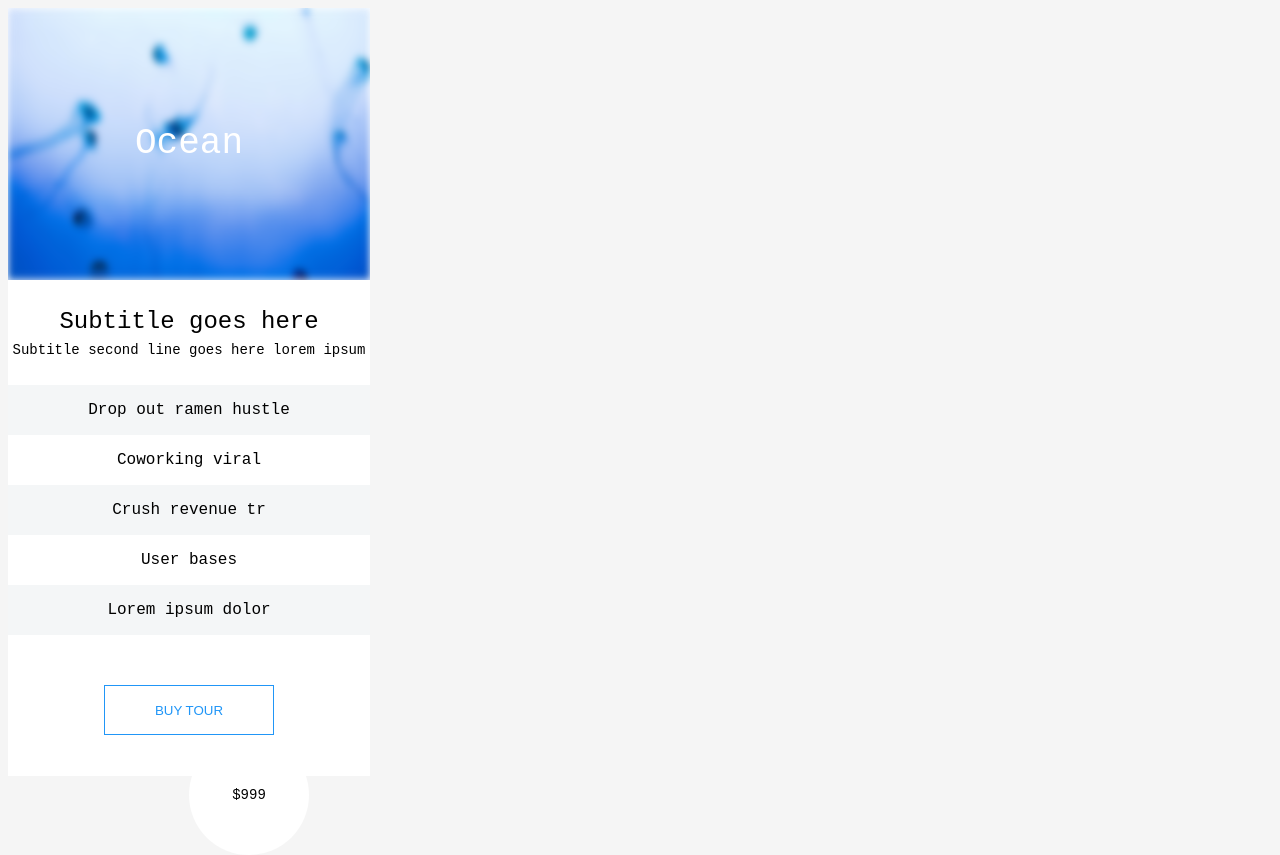
Repository: HoanTiny/pricetable
Page: index.html
An editor plug-in stored every save of this project. The page is shown before and after the next save, followed by the edit.
The browser window is 1280 px wide. The pictures show the whole page.

Above is the page before, as saved 2022-07-04 10:27:41.

After the next save:
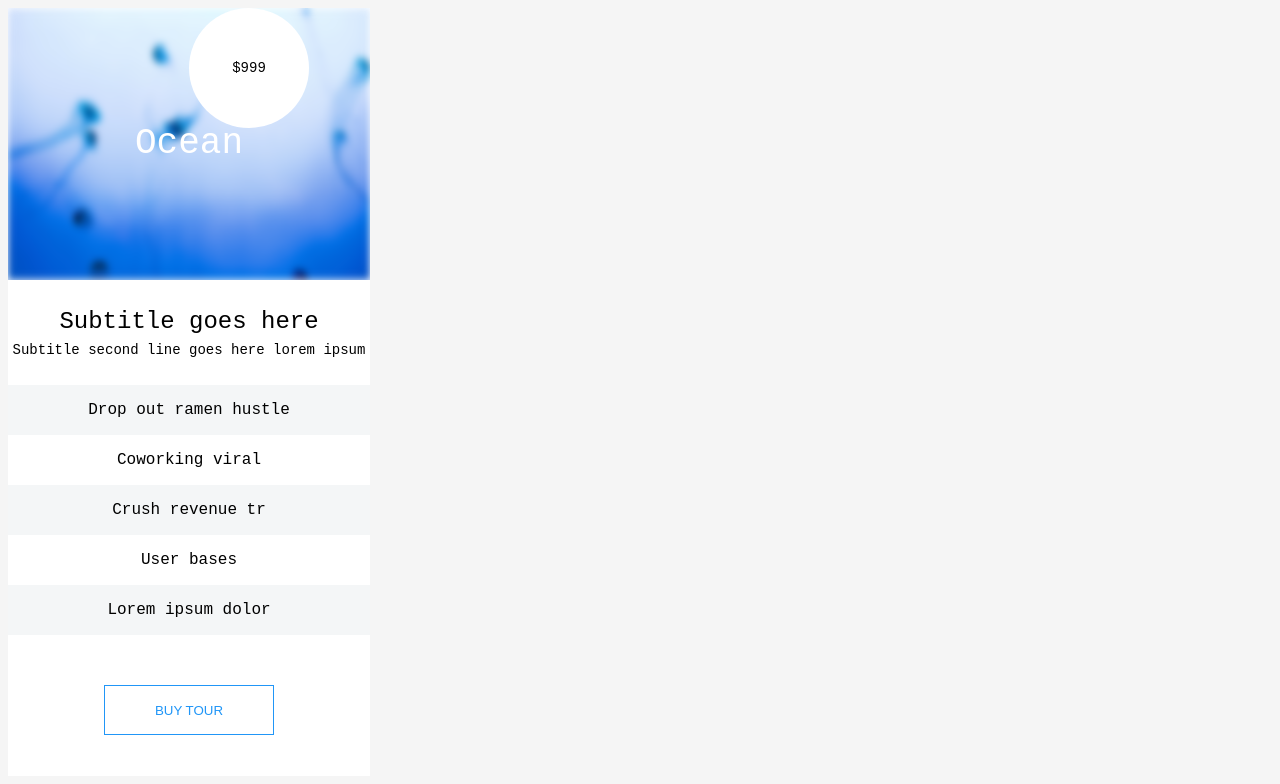
Saved 6 s later.
--- a/assests/css/style.css
+++ b/assests/css/style.css
@@ -86,7 +86,7 @@ img {
 
 .price {
     position: absolute;
-    top: -10;
+    top: 0;
     left: 50%;
     width: 120px;
     height: 120px;
